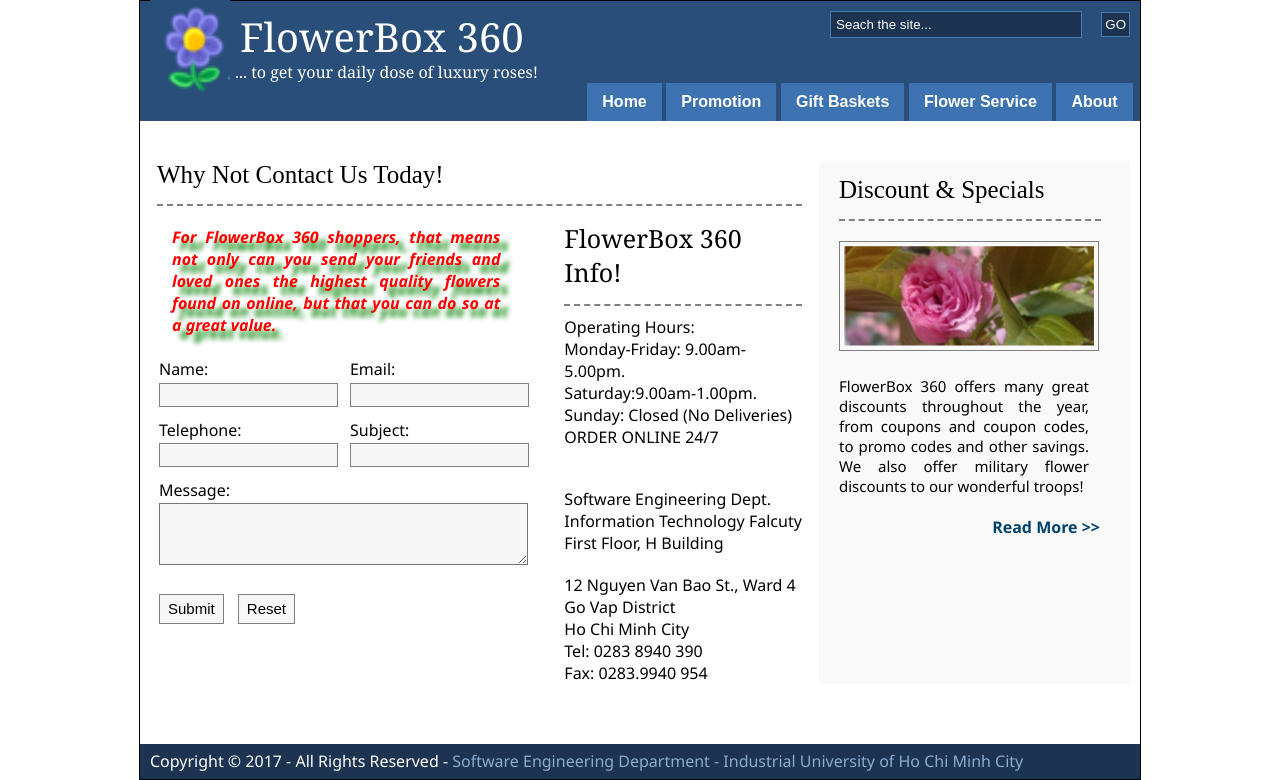
Repository: thu1365/BTKT_WEB
Page: HTML/btkt.html
The author's editor kept a copy of each file at every save. The page is drawn from the files as they stood at one save, then again after the next save.
The browser window is 1280 px wide. The pictures show the whole page.

Above is the page before, as saved 2023-03-11 21:38:27.

### HTML/btkt.html
<!DOCTYPE html>
<html lang="en">

<head>
    <meta charset="UTF-8">
    <meta http-equiv="X-UA-Compatible" content="IE=edge">
    <meta name="viewport" content="width=device-width, initial-scale=1.0">
    <title>21025781-Lê Minh Thư</title>
    <style>
        * {
            padding: 0;
            margin: 0 auto;
        }

        .wrapper {
            width: 1000px;
            background-color: #fff;
            border: 1px solid black;
        }

        header {
            position: relative;
            width: 1000px;
            height: 120px;
            background-color: #294e79;
            font-family: Georgia, 'Times New Roman', Times, serif;
        }

        .logo {
            position: relative;
            left: 10px;
            bottom: 15px;
            width: 80px;
            height: 130px;
        }

        .name1 {
            font-size: 40px;
            color: #fff;
            position: absolute;
            left: 100px;
            top: 8px;
        }

        .name2 {
            color: #fff;
            position: absolute;
            left: 95px;
            top: 60px;
        }

        #search1 {
            background-color: #1c3451;
            border: 1px solid #4579b7;
            color: #fff;
            margin-right: 15px;
            width: 250px;
            height: 25px;
        }

        #search1::placeholder {
            padding-left: 5px;
            color: #fff;
        }

        #search2 {
            background-color: #1c3451;
            border: 1px solid #4579b7;
            color: #fff;
            height: 25px;
            padding: 0 3px;
        }

        .search_form {
            position: absolute;
            top: 10px;
            right: 10px;
        }

        .nav {
            display: flex;
            width: 550px;
            position: absolute;
            bottom: 0px;
            right: 5px;
            font-family: Arial, Helvetica, sans-serif;
        }

        .nav_item {
            position: relative;
            padding: 10px 15px;
            background-color: #3d73b1;
        }

        .nav_item:hover {
            background-color: #8babd0;
        }

        .nav_item a {
            color: white;
            font-weight: bold;
            text-decoration: none;
        }

        .nav1 {
            display: none;
            position: absolute;
            top: 39px;
            left: 0px;
            width: 180px;
            height: 60px;
            background-color: #8babd0;
        }

        .nav2 {
            box-sizing: border-box;
            padding-left: 15px;
            line-height: 30px;
            height: 50%;
            border: 1px solid rgb(158, 196, 240);
            color: white;
        }

        .nav_item:hover .nav1 {
            display: block;
            background-color: #9bbbe0;
        }

        .nav2:hover {
            background-color: #edf6ff;
            cursor: pointer;
        }

        .container {
            font-family: 'Segoe UI', Tahoma, Geneva, Verdana, sans-serif;
            padding-bottom: 60px;
            width: 100%;
            display: flex;
        }

        .Left {
            display: flex;
            width: 70%;
            justify-content: space-between;
            flex-wrap: wrap;
        }

        .p1 {
            width: 55%;
        }

        .p2 {
            width: 35%;
        }

        .p3 {
            background-color: #f9f9f9;
            width: 30%;
            padding-left: 20px;
            margin-top: 40px;
            margin-right: 10px;
        }

        .Left1 {
            font-family: 'Times New Roman', Times, serif;
            width: 95%;
            padding: 40px 0px 15px 0px;
            font-size: 25px;
            border-bottom: 2px dashed gray;
        }

        .p1_1 {
            padding: 20px 30px 20px 15px;
            text-align: justify;
            color: red;
            font-style: italic;
            font-family: 'Segoe UI', Tahoma, Geneva, Verdana, sans-serif;
            text-shadow: 8px 8px 5px green;
        }

        table input {
            height: 22px;
            margin-right: 10px;
            margin-bottom: 10px;
            background-color: #f7f7f7;
            border: 1px solid gray;
        }

        table textarea {
            background-color: #f7f7f7;
        }

        .p1_sub {
            box-sizing: border-box;
            margin-top: 20px;
            height: 30px;
            font-size: 15px;
            padding: 0 8px;
            line-height: 28px;
            border: 1px solid gray;
        }

        .p2_1 {
            font-family: Georgia, 'Times New Roman', Times, serif;
            padding: 15px 0px 15px;
            width: 100%;
            font-size: 25px;
            border-bottom: 2px dashed gray;
        }

        .p2_2 {
            font-family: 'Segoe UI', Tahoma, Geneva, Verdana, sans-serif;
            padding: 10px 0 40px 0;
        }

        .p2_3 {
            font-family: 'Segoe UI', Tahoma, Geneva, Verdana, sans-serif;
        }

        .p2_4 {
            font-family: 'Segoe UI', Tahoma, Geneva, Verdana, sans-serif;
            padding-top: 20px;
        }

        .p3_1 {
            font-family: 'Times New Roman', Times, serif;
            padding: 15px 0px 15px;
            width: 90%;
            margin-right: 30px;
            font-size: 25px;
            border-bottom: 2px dashed gray;
        }

        .p3_anh {
            width: 250px;
            height: 100px;
            padding: 4px;
            margin: 20px 0;
            border: 1px solid gray;
        }

        .p3_2 {
            width: 250px;
            margin-right: 30px;
            float: left;
            text-align: justify;
            font-family: 'Segoe UI', Tahoma, Geneva, Verdana, sans-serif;
            font-size: 15px;
            display: block;
        }

        .p3_3 {
            color: #00436d;
            font-weight: bold;
            margin-right: 30px;
            float: right;
            padding-top: 20px;
            text-decoration: none;
        }

        footer {
            background-color: #1c3451;
            height: 35px;
        }

        #footer_1 {
            font-family: 'Segoe UI', Tahoma, Geneva, Verdana, sans-serif;
            padding-left: 10px;
            color: #8babd0;
            line-height: 35px;
        }

        #footer_1 .white {
            color: #fff;
        }
    </style>
</head>

<body>
    <div class="wrapper">
        <header>
            <img src="/IMAGE/AnhLogo.PNG" alt="" class="logo">
            <p class="name1">FlowerBox 360</p>
            <p class="name2">... to get your daily dose of luxury roses!</p>
            <form action="" class="search_form">
                <input type="text" name="" id="search1" placeholder="Seach the site...">
                <input id="search2" type="button" value="GO">
            </form>
            <div class="nav">
                <div class="nav_item"><a href="">Home</a></div>
                <div class="nav_item"><a href="">Promotion</a></div>
                <div class="nav_item"><a href="">Gift Baskets</a></div>
                <div class="nav_item"><a href="">Flower Service</a>
                    <div class="nav1">
                        <div class="nav2"><b>Flower for Wedding</b></div>
                        <div class="nav2"><b>Flower for Conference</b></div>

                    </div>
                </div>
                <div class="nav_item"><a href="">About</a></div>
            </div>
        </header>
        <div class="container">
            <div class="Left">
                <p class="Left1">Why Not Contact Us Today!</p>
                <div class="p1">
                    <p class="p1_1"><b>For FlowerBox 360 shoppers, that means not only can you send your friends and loved ones the highest quality flowers found on online, but that you can do so at a great value.</b></p>
                    <form action="" class="c1_form">
                        <table>
                            <tr>
                                <td><label for="name_ip">Name:</label></td>
                                <td><label for="mail_ip">Email:</label></td>
                            </tr>
                            <tr>
                                <td><input type="text" name="" id="name_ip"></td>
                                <td><input type="email" name="" id="mail_ip"></td>
                            </tr>
                            <tr>
                                <td><label for="tel_ip">Telephone:</label></td>
                                <td><label for="sub_ip">Subject:</label></td>
                            </tr>
                            <tr>
                                <td><input type="tel" name="" id="tel_ip"></td>
                                <td><input type="text" name="" id="sub_ip"></td>
                            </tr>
                            <tr>
                                <td colspan="2"><label for="mess_ip">Message:</label></td>
                            </tr>
                            <tr>
                                <td colspan="2"> <textarea name="" id="mess_ip" cols="44" rows="4"></textarea></td>
                            </tr>
                            <tr>
                                <tr>
                                    <td><input class="p1_sub" type="button" value="Submit"> <input class="p1_sub" type="button" value="Reset"></td>
                                </tr>
                            </tr>
                        </table>

                    </form>
                </div>
                <div class="p2">
                    <p class="p2_1">FlowerBox 360 Info!</p>
                    <p class="p2_2">Operating Hours: <br> Monday-Friday: 9.00am-5.00pm.<br> Saturday:9.00am-1.00pm.
                        <br> Sunday: Closed (No Deliveries)<br> ORDER ONLINE 24/7
                    </p>
                    <p class="p2_3">
                        Software Engineering Dept. <br> Information Technology Falcuty<br> First Floor, H Building
                    </p>
                    <p class="p2_4">
                        12 Nguyen Van Bao St., Ward 4<br> Go Vap District<br> Ho Chi Minh City<br> Tel: 0283 8940 390<br> Fax: 0283.9940 954
                    </p>


                </div>
            </div>
            <div class="p3">
                <p class="p3_1">Discount & Specials</p>
                <img src="/IMAGE/Hoa.jpg" alt="" class="p3_anh">
                <p class="p3_2">FlowerBox 360 offers many great discounts throughout the year, from coupons and coupon codes, to promo codes and other savings. We also offer military flower discounts to our wonderful troops!</p>
                <a class="p3_3" href="">Read More >></a>
            </div>
        </div>
        <footer>
            <p id="footer_1"><span class="white">Copyright © 2017 - All Rights Reserved -</span> Software Engineering Department - Industrial University of Ho Chi Minh City</p>
        </footer>
    </div>
</body>

</html>

After the next save:
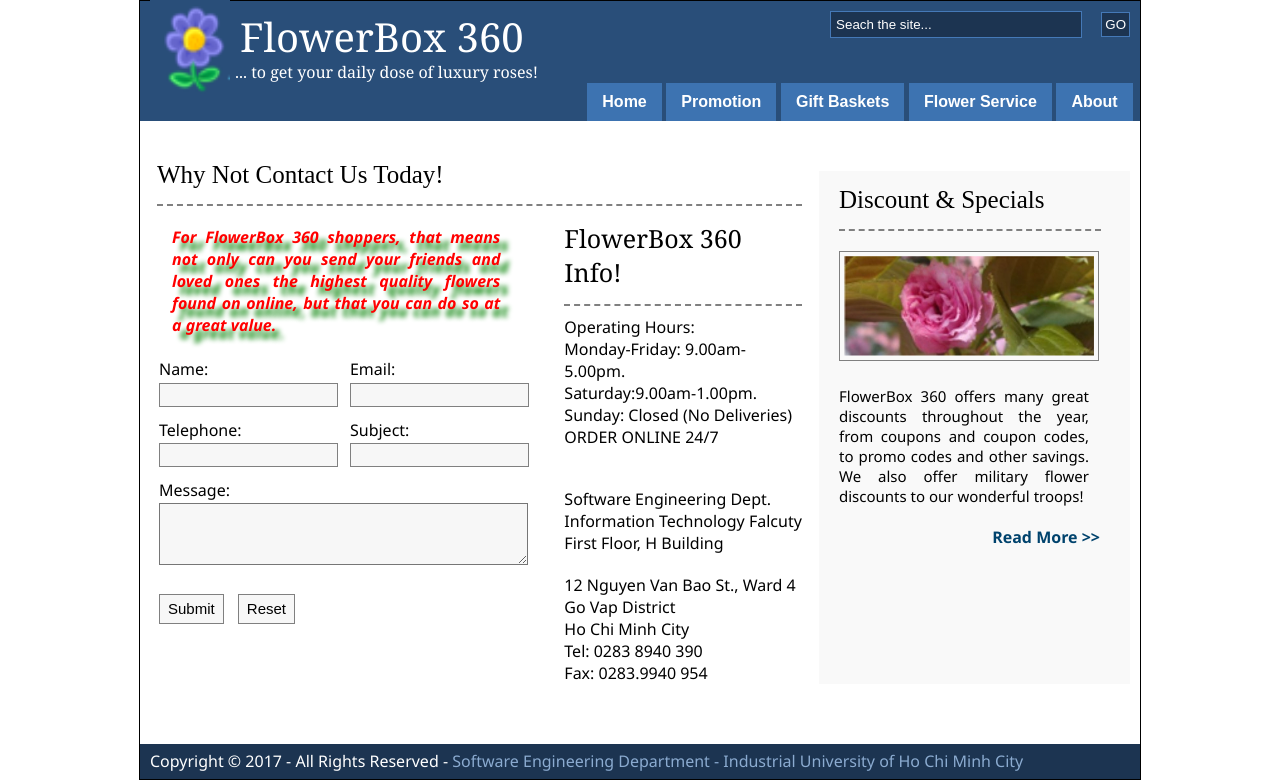
Saved 25 s later.
--- a/HTML/btkt.html
+++ b/HTML/btkt.html
@@ -157,7 +157,7 @@
             background-color: #f9f9f9;
             width: 30%;
             padding-left: 20px;
-            margin-top: 40px;
+            margin-top: 50px;
             margin-right: 10px;
         }
 
